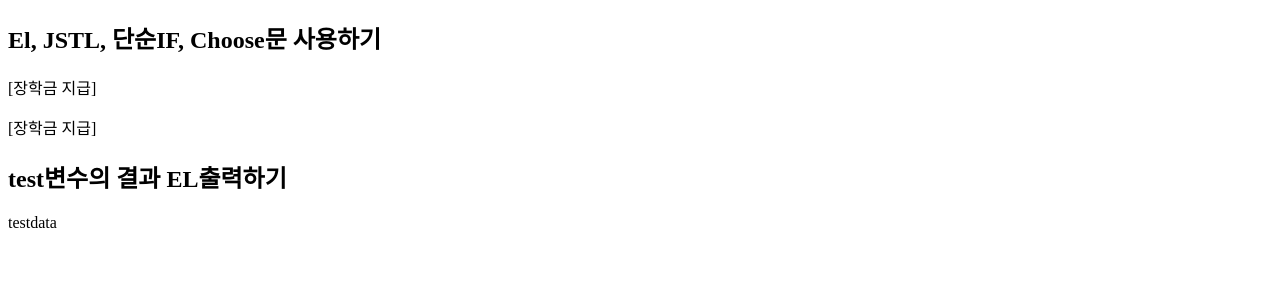
Repository: siwoo1214/acorn_server
Page: http://localhost/day08Prac/ex05
These files come from the project's save history. The page is drawn as it stood at one moment and after the next save; the edit follows.
The browser window is 1280 px wide. The pictures show the whole page.
The page is served by Tomcat 9.

Above is the page before, as saved 2025-04-09 07:12:56.

After the next save:
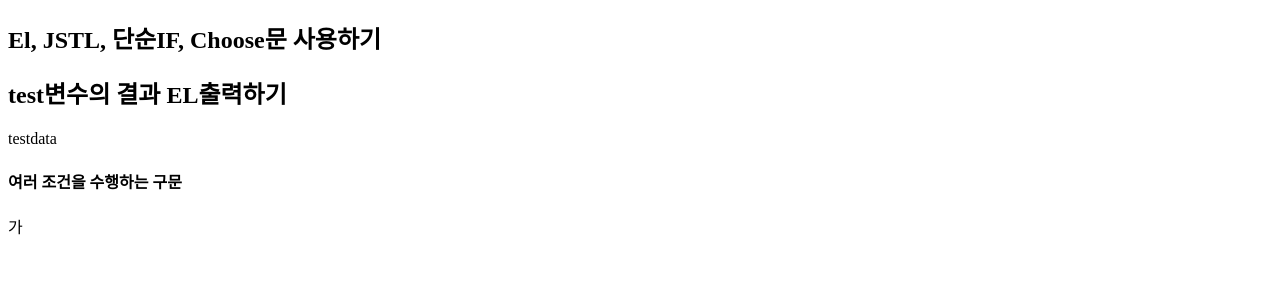
Saved 4 min 9 s later.
--- a/day08Prac/src/main/webapp/WEB-INF/views/ex05.jsp
+++ b/day08Prac/src/main/webapp/WEB-INF/views/ex05.jsp
@@ -10,7 +10,7 @@
 <body>
 	<h2>El, JSTL, 단순IF, Choose문 사용하기</h2>
 
-	<% request.setAttribute("kor", 90); %>
+	<% request.setAttribute("kor", 50); %>
 	<!-- 조건 만족하면 안에 문장 실행 -->
 	<c:if test="${kor>=90}">
 		[장학금 지급]
@@ -28,5 +28,13 @@
 
 	<h2>test변수의 결과 EL출력하기</h2>
 	${test }
+
+	<h4>여러 조건을 수행하는 구문</h4>
+	<c:choose>
+		<c:when test="${kor>=90}">수</c:when>
+		<c:when test="${kor>=80}">우</c:when>
+		<c:when test="${kor>=70 }">미</c:when>
+		<c:otherwise>가</c:otherwise>
+	</c:choose>
 </body>
 </html>
